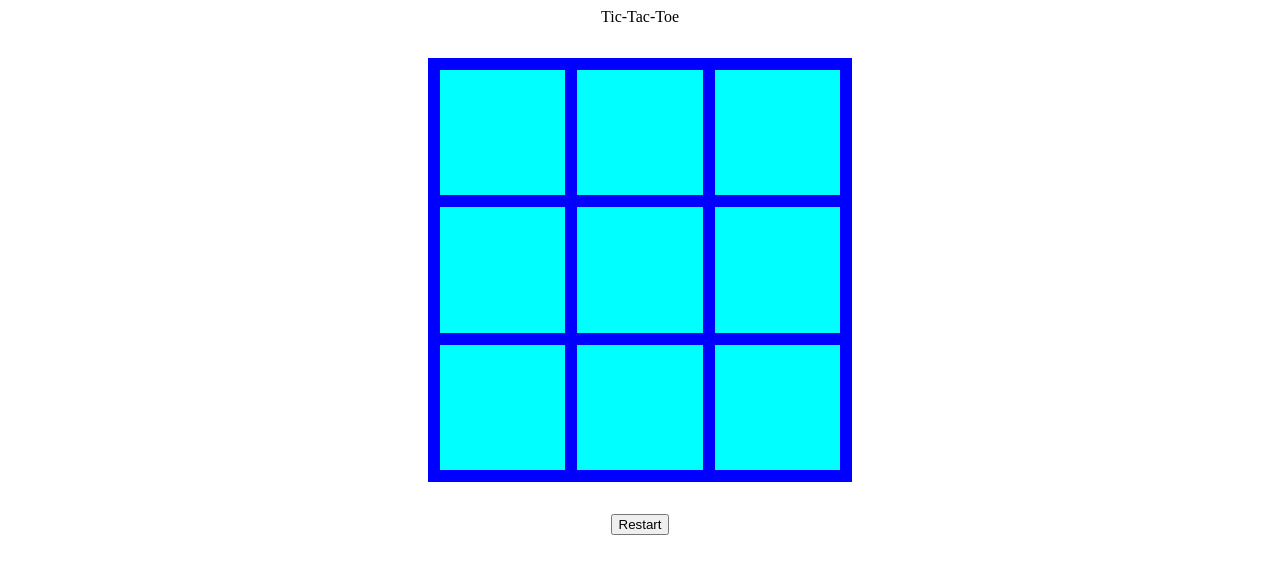
Repository: yeetzpxoci/tic-tac-toe
Page: index.html
These files come from the project's save history. The page is drawn as it stood at one moment and after the next save; the edit follows.
The browser window is 1280 px wide. The pictures show the whole page.

Above is the page before, as saved 2023-02-23 18:38:55.

### index.html
<!DOCTYPE html>
<html lang="en">
<head>
    <meta charset="UTF-8">
    <meta http-equiv="X-UA-Compatible" content="IE=edge">
    <meta name="viewport" content="width=device-width, initial-scale=1.0">
    <title>Tic Tac Toe</title>
    <link rel="stylesheet" type="text/css" href="styles.css" />
</head>
<body>
    <div class="header">
        Tic-Tac-Toe
    </div>
    <div class="board">
        <div class="square" data-index=0></div>

        <div class="square" data-index=1></div>

        <div class="square" data-index=2></div>

        <div class="square" data-index=3></div>

        <div class="square" data-index=4></div>

        <div class="square" data-index=5></div>

        <div class="square" data-index=6></div>

        <div class="square" data-index=7></div>

        <div class="square" data-index=8></div>
    </div>

    <button id="restart" onclick="game.restartGame()">Restart</button>
<script src="script.js"></script>
</body>
</html>

### styles.css
body {
    display: flex;
    flex-direction: column;
    justify-content: center;
    align-items: center;
    min-width: 100vh;
    gap: 32px;
}

.board {
    height: 400px;
    width: 400px;
    background-color: blue;
    padding: 12px;
    gap: 12px;
    font-size: 96px;
    font-family: Arial, Helvetica, sans-serif;
    font-weight: bolder;
    display: grid;
    grid-template-columns: repeat(3, 1fr);
    grid-template-rows: repeat(3, 1fr);
    user-select: none;
}

.square {
    display: flex;
    justify-content: center;
    align-items: center;
    background-color: aqua;
}

### script.js
const squares = document.getElementsByClassName("square");

const gameBoard = (() => {
    let gameBoard = ["", "", "", "", "", "", "", "", ""];

    const atIndex = (index) => {
        return gameBoard[index];
    }

    const playOn = (index, symbol) => {
        gameBoard[index] = symbol;
    }

    const resetBoard = () => {
        for (let i = 0; i < gameBoard.length; i++) {
            gameBoard[i] = "";
        }
    }

    const winner = (x, y, z) => {
        if ((gameBoard[x] === gameBoard[y]) && ((gameBoard[y] === gameBoard[z]) && (gameBoard[z] === "X"))
            || (gameBoard[x] === gameBoard[y]) && ((gameBoard[y] === gameBoard[z]) && (gameBoard[z] === "O"))) {
            return true;
        } else {
            return false;
        }
    }

    const checkWinner = () => {
        return winner(0, 1, 2)  // check for 3-in-a-row horizontally
            || winner(3, 4, 5)
            || winner(6, 7, 8)
            || winner(0, 3, 6)  // check for 3-in-a-row vertically
            || winner(1, 4, 7)
            || winner(2, 5, 8)
            || winner(0, 4, 8)  // check for 3-in-a-row diagonally
            || winner(6, 4, 2)
    }

    return {
        gameBoard, atIndex, playOn, resetBoard, winner, checkWinner
    };
})();

const players = (symbol) => {
    const play = (index) => gameBoard.playOn(index, symbol);
    return {
        symbol, play
    };
};

const game = (() => {
    let turn = "X";

    const playRound = (e) => {
        if (gameBoard.atIndex(e.currentTarget.dataset.index) === "") {
            players(turn).play(e.currentTarget.dataset.index);
            displayController.renderBoard();
            if (turn === "X") {
                turn = "O";
            } else {
                turn = "X";
            }
            if (gameBoard.checkWinner()) {
                displayController.disableSquares();
                alert("winner!");
            }
        }
    }

    const restartGame = () => {
        turn = "X";
        gameBoard.resetBoard();
        displayController.renderBoard();
        displayController.enableSquares();
    }

    return {
        turn, playRound, restartGame
    };
})();

const displayController = (() => {
    const renderBoard = () => {
        for (let i = 0; i < gameBoard.gameBoard.length; i++) {
            squares[i].innerHTML = gameBoard.gameBoard[i];
        }
    }

    const enableSquares = () => {
        for (let i = 0; i < squares.length; i++) {
            squares[i].addEventListener("click", game.playRound);
        }
    }

    const disableSquares = () => {
        for (let i = 0; i < squares.length; i++) {
            squares[i].removeEventListener("click", game.playRound);
        }
    }

    return {
        renderBoard, enableSquares, disableSquares
    }
})();

displayController.enableSquares();

After the next save:
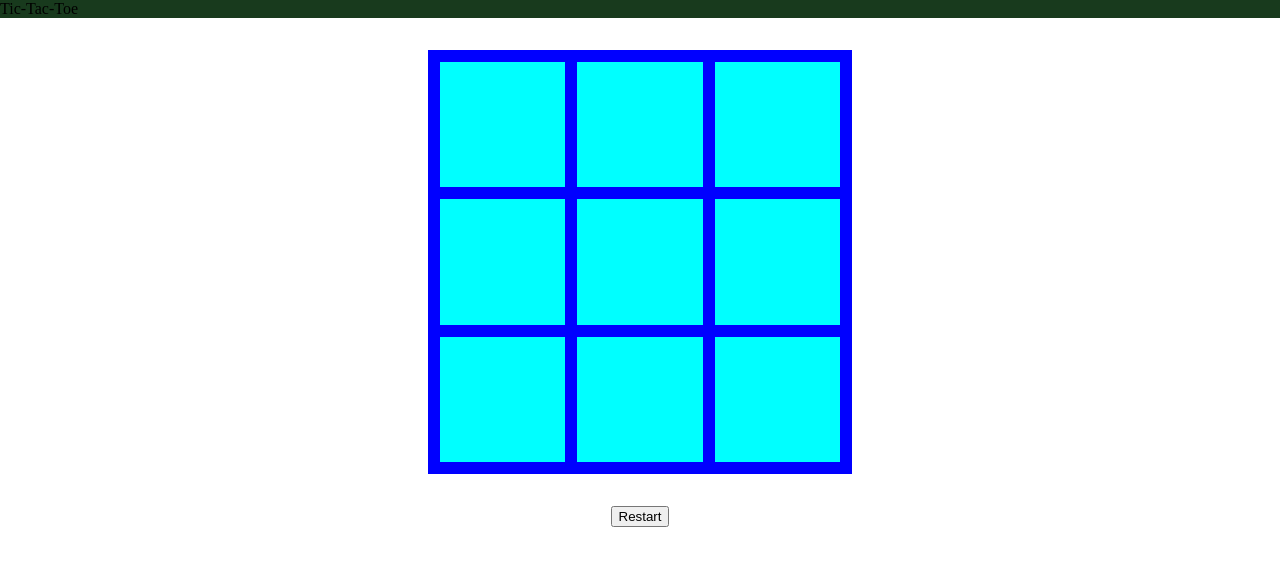
Saved 90 s later.
--- a/styles.css
+++ b/styles.css
@@ -1,3 +1,8 @@
+html, body {
+    margin: 0;
+    padding: 0;
+}
+
 body {
     display: flex;
     flex-direction: column;
@@ -5,6 +10,11 @@ body {
     align-items: center;
     min-width: 100vh;
     gap: 32px;
+}
+
+.header {
+    background-color: #183A1D;
+    width: 100%;
 }
 
 .board {
